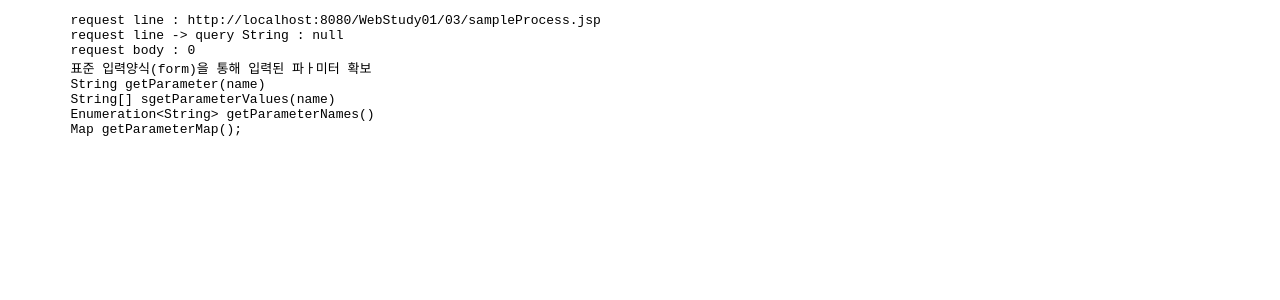
Repository: YOUNARAE/JSP
Page: http://localhost/WebStudy01/03/sampleProcess.jsp
These files come from the project's save history. The page is drawn as it stood at one moment and after the next save; the edit follows.
The browser window is 1280 px wide. The pictures show the whole page.
The page is served by Tomcat 9. Other server files are loaded and not shown.

Above is the page before, as saved 2022-12-07 07:34:03.

### WebStudy01/src/main/webapp/03/sampleProcess.jsp
<%@ page language="java" contentType="text/html; charset=UTF-8"
    pageEncoding="UTF-8"%>
<!DOCTYPE html>
<html>
<head>
<meta charset="UTF-8">
<title>Insert title here</title>
</head>
<body>
<pre>
	request line : <%=request.getRequestURL()%>
	request line -> query String : <%=request.getQueryString() %>
	request body : <%=request.getInputStream().available()%>
	표준 입력양식(form)을 통해 입력된 파ㅏ미터 확보
	String getParameter(name)
	String[] sgetParameterValues(name)
	Enumeration&lt;String&gt; getParameterNames()
	Map<String,String[]> getParameterMap(); <!-- set이 중복될 때 모두 출력을 하기 위해서 -->

</pre>
</body>
</html>

After the next save:
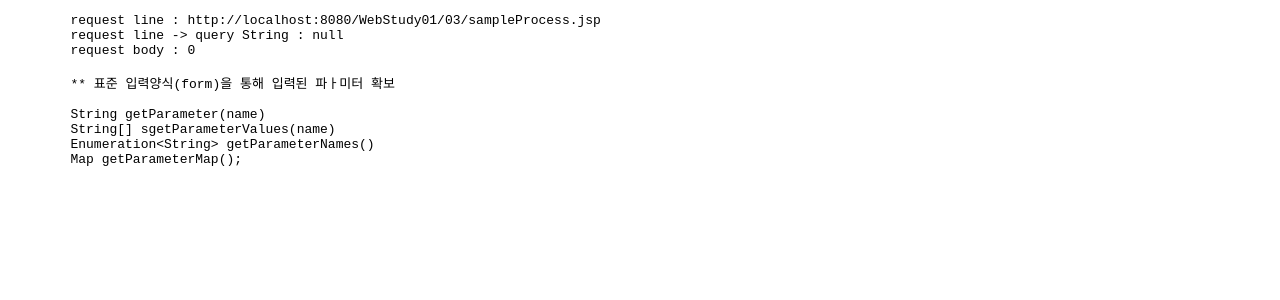
Saved 7 s later.
--- a/WebStudy01/src/main/webapp/03/sampleProcess.jsp
+++ b/WebStudy01/src/main/webapp/03/sampleProcess.jsp
@@ -11,7 +11,9 @@
 	request line : <%=request.getRequestURL()%>
 	request line -> query String : <%=request.getQueryString() %>
 	request body : <%=request.getInputStream().available()%>
-	표준 입력양식(form)을 통해 입력된 파ㅏ미터 확보
+
+	** 표준 입력양식(form)을 통해 입력된 파ㅏ미터 확보
+
 	String getParameter(name)
 	String[] sgetParameterValues(name)
 	Enumeration&lt;String&gt; getParameterNames()
